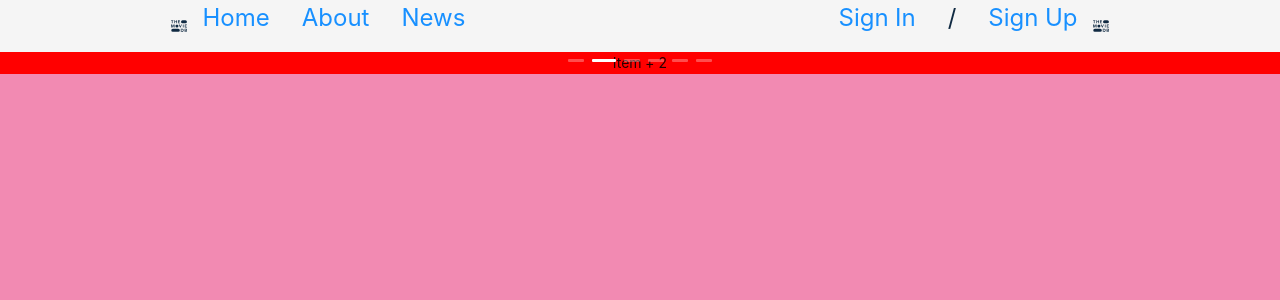
Repository: thaiduy1704/Movie
Page: /
These files come from the project's save history. The page is drawn as it stood at one moment and after the next save; the edit follows.
The browser window is 1280 px wide. The pictures show the whole page.
The project was rebuilt for these pictures with package versions that can differ from the ones it lists, and the page was loaded fresh each time. Also part of the build but not shown: src/pages/About.js, src/pages/News.js, src/pages/Error.js.

Above is the page before, as saved 2022-07-14 12:32:27.

After the next save:
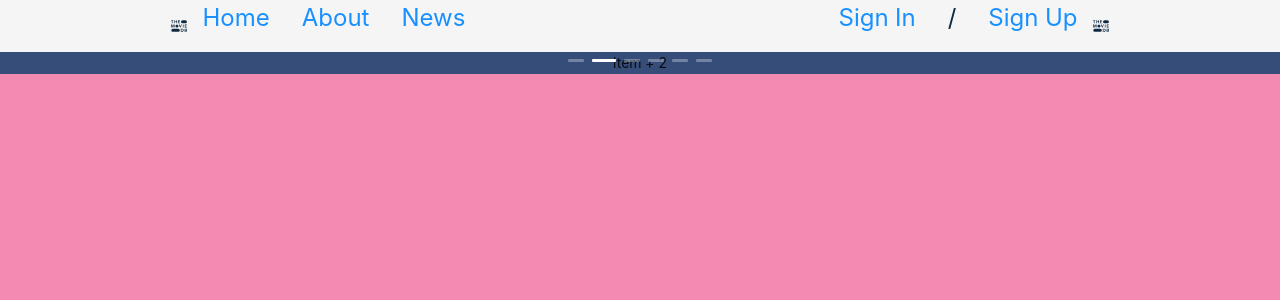
Saved 5 s later.
--- a/src/components/Carousel.js
+++ b/src/components/Carousel.js
@@ -28,7 +28,7 @@ const Container = styled.div`
     height: "800px";
   color: "#fff";
   text-align:center;
-  background :
+  background : #364d79;
 
   textAlign: "center";
   background: "#364d79";
